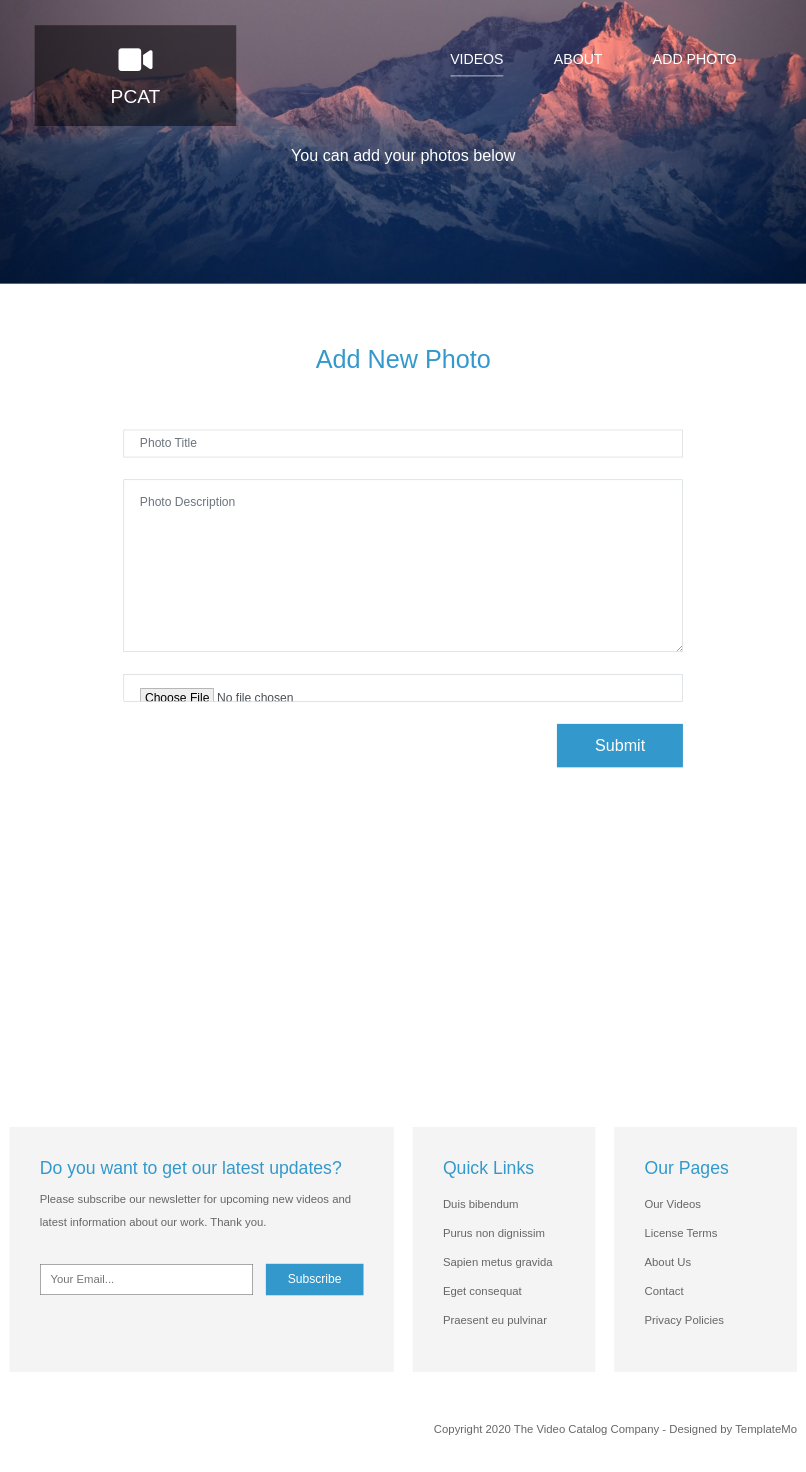
Repository: Marhamat92/PCAT-project-with-node-backend
Page: http://localhost/add
These files come from the project's save history. The page is drawn as it stood at one moment and after the next save; the edit follows.
The browser window is 1280 px wide. The pictures show the whole page, at 63% of full size.
Backgrounds fixed to the window are drawn as part of the page. Some web fonts or font styles are not loaded; a fallback is used. The page is served by the project's Node server (app.js).

Above is the page before, as saved 2023-02-21 17:26:30.

After the next save:
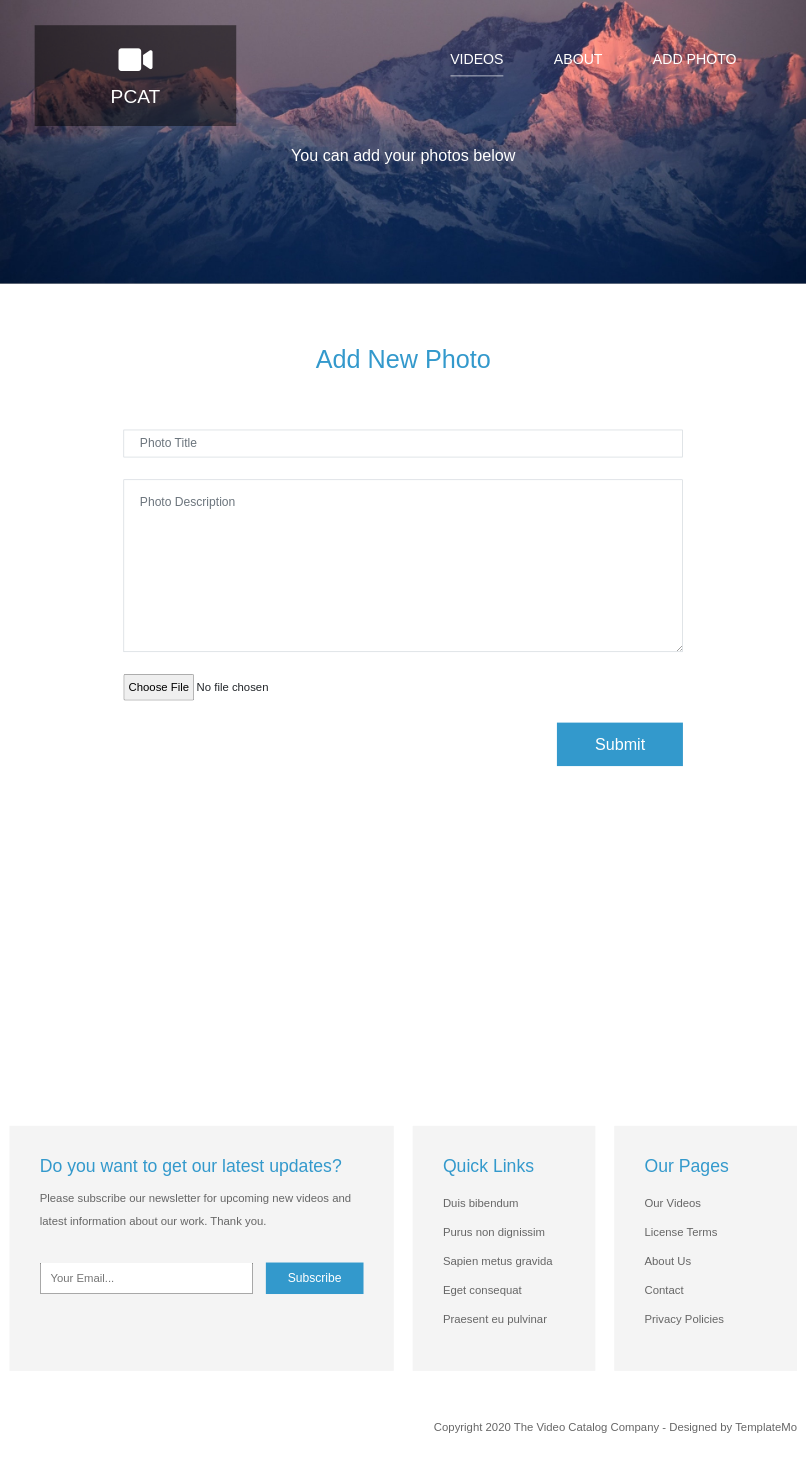
Saved 8 s later.
--- a/views/add.ejs
+++ b/views/add.ejs
@@ -40,7 +40,7 @@
                                         </div>
                                         <div class="form-group">
                                             <input type="file" name="file" placeholder="Photo URL"
-                                                class="form-control rounded-0" required />
+                                                class="form-control-file rounded-0" required />
                                         </div>
 
                                         <div class="form-group mb-0">
